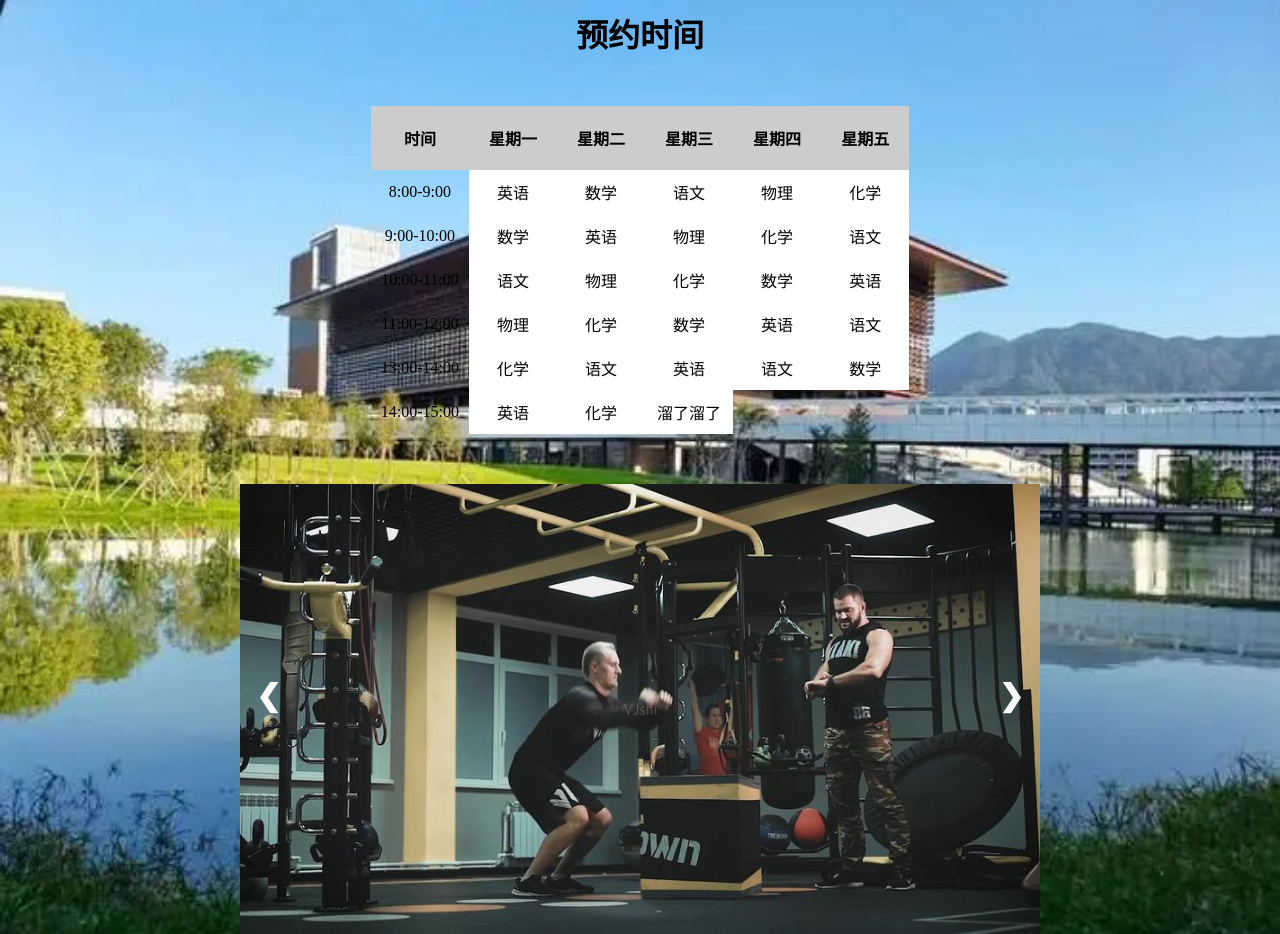
Repository: wupeng6666/Sports-Hall-Booking-System
Page: LearingDjango/app01/templates/yuyue.html
An editor plug-in stored every save of this project. The page is shown before and after a run of saves, followed by the edit.
The browser window is 1280 px wide. The pictures show the whole page.
Backgrounds fixed to the window are drawn as part of the page. The template is drawn by Django 4.2. The application's start-up code is not run. Other server files are loaded and not shown. The template is opened directly, without the code that normally fills it, so the values that code supplies are empty.

Above is the page before, as saved 2023-06-07 14:10:21.

### LearingDjango/app01/templates/yuyue.html
{% load static %}
<html lang="en">




<head>
    <meta charset="UTF-8">
    <title>课表</title>
    {% load static %}
</head>
<style>
    body{
        background: url("{% static '../static/img/beijing.webp' %}") no-repeat center center fixed ;
        -webkit-background-size: cover;
        -moz-background-size: cover;
        -o-background-size: cover;
        background-size: cover;
        /* opacity: -1; */
    }
    h1 {
        text-align: center;
        margin-top: 10px;
    }

    table {
        margin: 50px auto;
        border-collapse: collapse;
    }

    th {
        background-color: #ccc;
        font-weight: bold;
        padding: 20px;
    }

    td {
        text-align: center;
        padding: 10px;
    }

    .course {
        cursor: pointer;
        background-color: #fff;
    }

    .course:hover {
        background-color: #f7f7f7;
    }

    /* 轮播图 */
    .slideshow-container {
        position: relative;
        margin: auto;
        height: 400px;
        width: 800px;
    }

    .mySlides {
        display: none;
        position: absolute;
        width: 100%;
        height: 100%;
    }

    .prev,
    .next {
        position: absolute;
        top: 50%;
        width: auto;
        margin-top: -22px;
        padding: 16px;
        color: white;
        font-weight: bold;
        font-size: 30px;
        transition: 0.6s ease;
        border-radius: 0 3px 3px 0;
        cursor: pointer;
    }

    .prev {
        left: 0;
        border-radius: 3px 0 0 3px;
    }

    .next {
        right: 0;
        border-radius: 3px 0 0 3px;
    }

    .prev:hover,
    .next:hover {
        background-color: rgba(253, 253, 253, 0.8);
    }

    .fade {
        animation-name: fade;
        animation-duration: 1.5s;
    }

    @keyframes fade {
        from {
            opacity: .4
        }

        to {
            opacity: 1
        }
    }

    /* 背景图 */

</style>

<body>
    {% load static %}
    <!-- 背景图 -->

    <h1>预约时间</h1>
    <table>
        <thead>
            <tr>
                <th>时间</th>
                <th>星期一</th>
                <th>星期二</th>
                <th>星期三</th>
                <th>星期四</th>
                <th>星期五</th>
            </tr>
        </thead>
        <tbody>
            <tr>
                <td>8:00-9:00</td>
                <td class="course" id="monday1">英语</td>
                <td class="course" id="tuesday1">数学</td>
                <td class="course" id="wednesday1">语文</td>
                <td class="course" id="thursday1">物理</td>
                <td class="course" id="friday1">化学</td>
            </tr>
            <tr>
                <td>9:00-10:00</td>
                <td class="course" id="monday2">数学</td>
                <td class="course" id="tuesday2">英语</td>
                <td class="course" id="wednesday2">物理</td>
                <td class="course" id="thursday2">化学</td>
                <td class="course" id="friday2">语文</td>
            </tr>
            <tr>
                <td>10:00-11:00</td>
                <td class="course" id="monday3">语文</td>
                <td class="course" id="tuesday3">物理</td>
                <td class="course" id="wednesday3">化学</td>
                <td class="course" id="thursday3">数学</td>
                <td class="course" id="friday3">英语</td>
            </tr>
            <tr>
                <td>11:00-12:00</td>
                <td class="course" id="monday4">物理</td>
                <td class="course" id="tuesday4">化学</td>
                <td class="course" id="wednesday4">数学</td>
                <td class="course" id="thursday4">英语</td>
                <td class="course" id="friday4">语文</td>
            </tr>
            <tr>
                <td>13:00-14:00</td>
                <td class="course" id="monday5">化学</td>
                <td class="course" id="tuesday5">语文</td>
                <td class="course" id="wednesday5">英语</td>
                <td class="course" id="thursday5">语文</td>
                <td class="course" id="friday5">数学</td>
            </tr>
            <tr>
                <td>14:00-15:00</td>
                <td class="course" id="monday6">英语</td>
                <td class="course" id="tuesday6">化学</td>
                <td class="course" id="wednesday6">溜了溜了</td>
            </tr>
        </tbody>
    </table>
    <div class="slideshow-container">
        <div class="mySlides fade">
            <img src="{% static '../static/img/健身.jpg' %}" style="width:100%">
        </div>

        <div class="mySlides fade">
            <img src="{% static '../static/img/游泳.webp' %}" style="width:100%">
        </div>

        <div class="mySlides fade">
            <img src="{% static '../static/img/羽毛球.webp' %}" style="width:100%">
        </div>

        <a class="prev" onclick="plusSlides(-1)">&#10094;</a>
        <a class="next" onclick="plusSlides(1)">&#10095;</a>
    </div>


</body>
<script>
    // 获取所有课程格子
    var courses = document.querySelectorAll('.course');

    // 遍历课程格子并添加点击事件
    courses.forEach(function (course) {
        course.addEventListener('click', function () {
            var courseName = this.innerHTML;
            alert('你点击了课程：' + courseName);
        });
    });

    //轮播图
    var slideIndex = 1;
    showSlides(slideIndex);

    function plusSlides(n) {
        showSlides(slideIndex += n);
    }

    function currentSlide(n) {
        showSlides(slideIndex = n);
    }

    function showSlides(n) {
        var i;
        var slides = document.getElementsByClassName("mySlides");
        if (n > slides.length) { slideIndex = 1 }
        if (n < 1) { slideIndex = slides.length }
        for (i = 0; i < slides.length; i++) {
            slides[i].style.display = "none";
        }
        slides[slideIndex - 1].style.display = "block";
    }

    var prevBtn = document.querySelector('.prev');
    var nextBtn = document.querySelector('.next');

    prevBtn.addEventListener('click', function () {
        plusSlides(-1);
    });

    nextBtn.addEventListener('click', function () {
        plusSlides(1);
    });


</script>

After the next 11 saves:
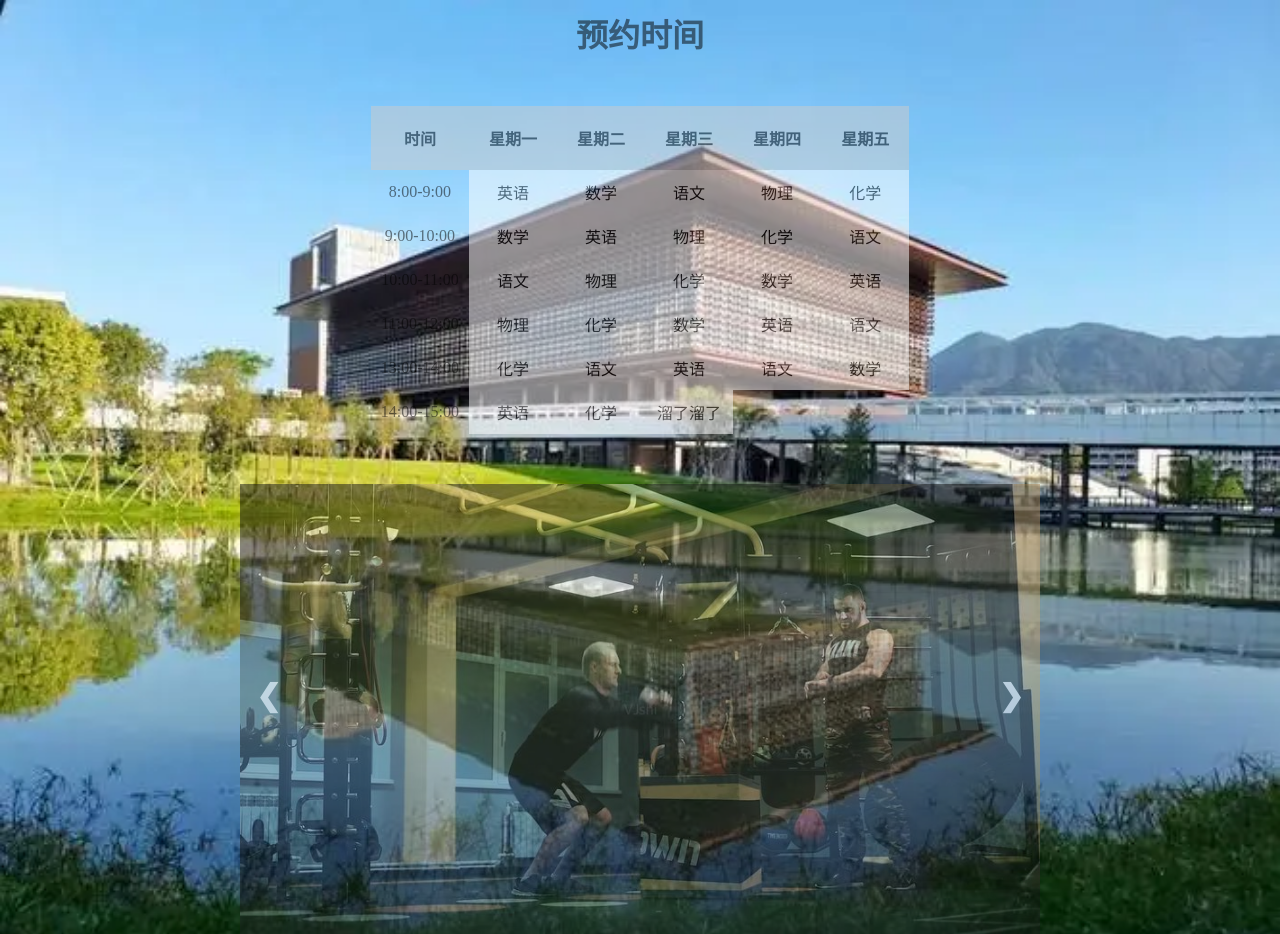
The 11 saves are shown as one change because they came seconds apart.
The last was saved 100 s later.
--- a/LearingDjango/app01/templates/yuyue.html
+++ b/LearingDjango/app01/templates/yuyue.html
@@ -16,7 +16,8 @@
         -moz-background-size: cover;
         -o-background-size: cover;
         background-size: cover;
-        /* opacity: -1; */
+        opacity: 0.5;
+        z-index: 1;
     }
     h1 {
         text-align: center;
